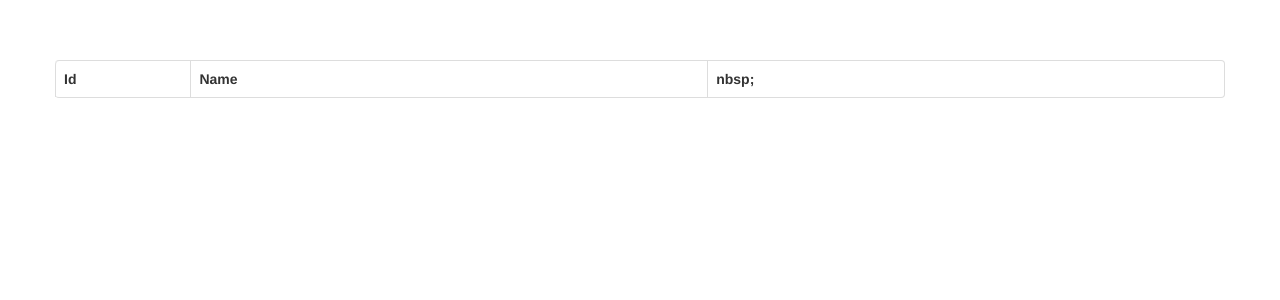
Repository: Statoil/RealTimeViz
Page: client/wellbore.html
The author's editor kept a record of every edit. The page is drawn from the files as they stood at one moment, then again after the next edit.
The browser window is 1280 px wide. The pictures show the whole page.
The page's requests for data from a server got no answer.

Above is the page before.

After the next edit:
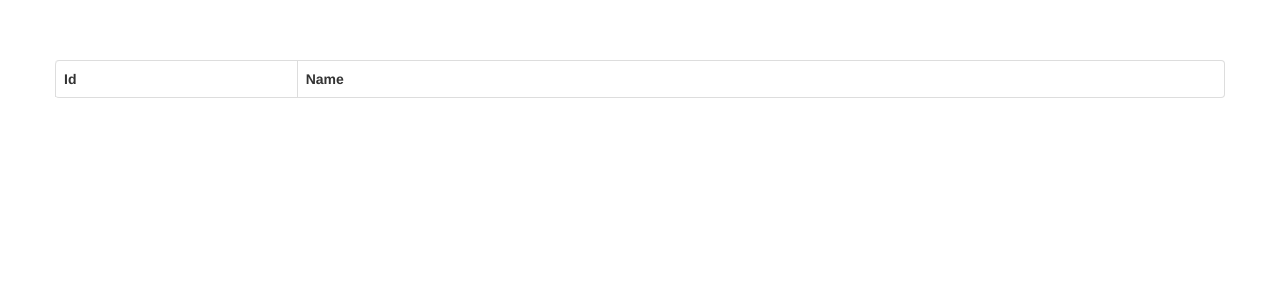
The edit:
--- a/client/wellbore.html
+++ b/client/wellbore.html
@@ -18,7 +18,6 @@
               <tr>
                 <th class="span2">Id</th>
                 <th class="span7">Name</th>
-                <th class="span7">nbsp;</th>
               </tr>
             </thead>
             <tbody>
